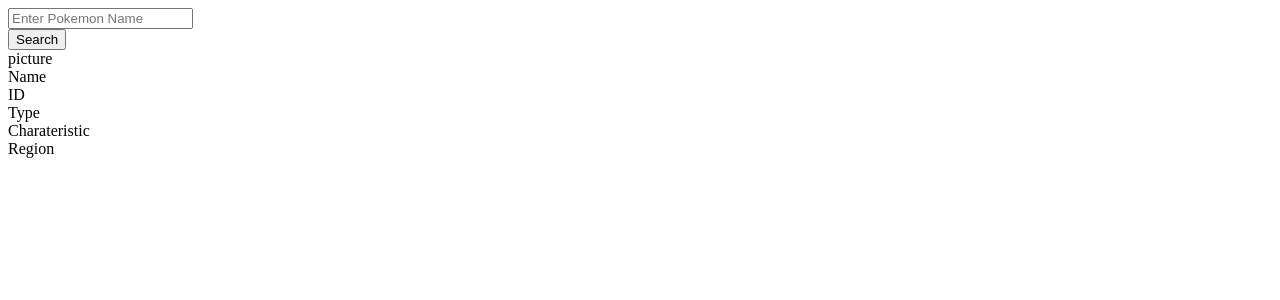
Repository: yucheng91/CIassignment2
Page: index.html
The author's editor kept a record of every edit. The page is drawn from the files as they stood at one moment, then again after the next edit.
The browser window is 1280 px wide. The pictures show the whole page.
Some web libraries are served in a nearby version.

Above is the page before.
Console error: ReferenceError: getPokemonID is not defined

After the next edit:
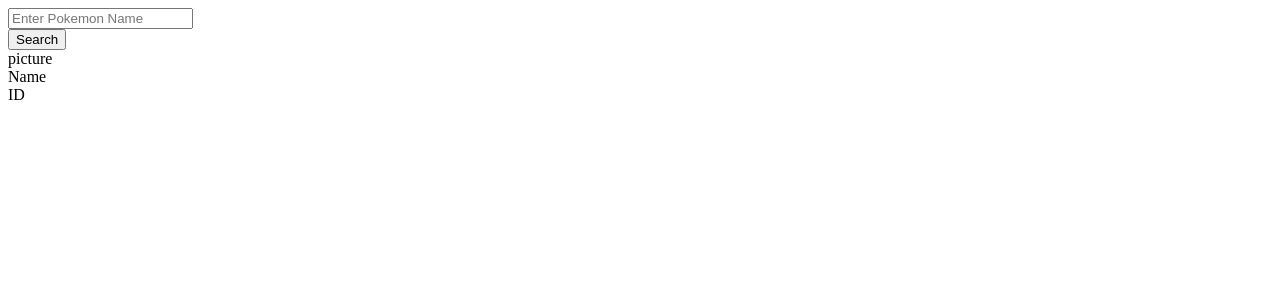
The edit:
--- a/index.html
+++ b/index.html
@@ -27,18 +27,6 @@
         ID
     </div>
 
-    <div>
-        Type
-    </div>
-
-    <div>
-        Charateristic
-    </div>
-
-    <div>
-        Region
-    </div>
-
     <script src="scripts/pokeapi.js"></script>
 
     <script>getPokemonID()</script>
